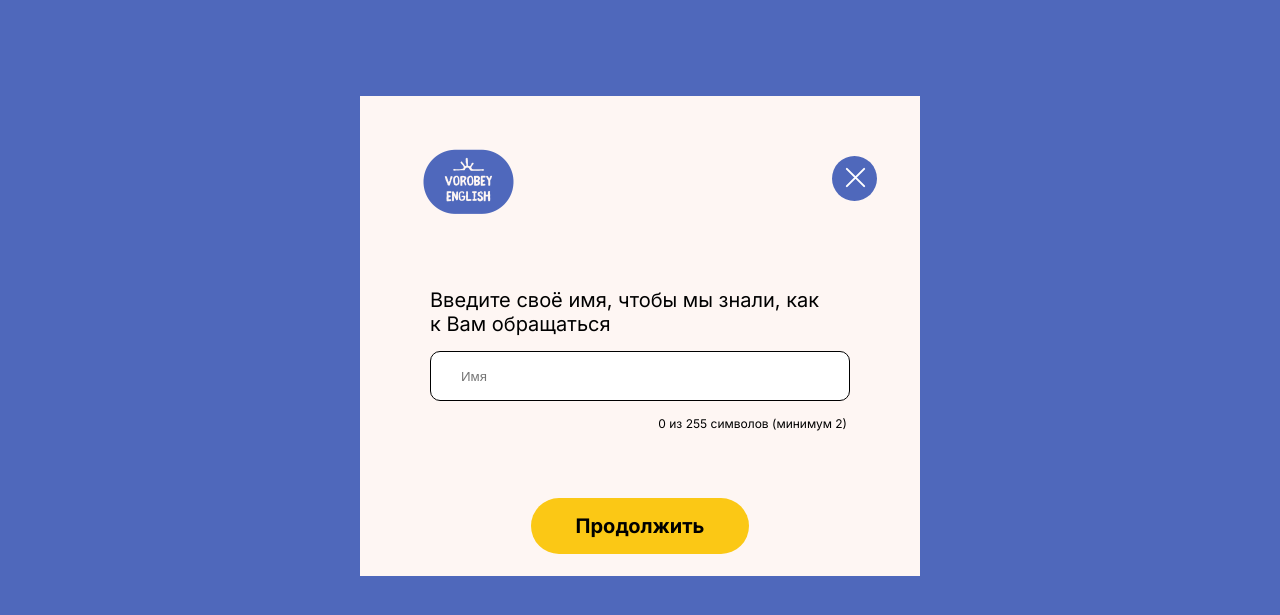
Repository: WladimirVA/PP-01-01_Dandelions
Page: name.html
The author's editor kept a copy of each file at every save. The page is drawn from the files as they stood at one save, then again after the next save.
The browser window is 1280 px wide. The pictures show the whole page.

Above is the page before, as saved 2023-03-02 19:40:35.

### name.html
<!DOCTYPE html>
<html lang="en">
<head>
    <meta charset="UTF-8">
    <meta http-equiv="X-UA-Compatible" content="IE=edge">
    <meta name="viewport" content="width=\, initial-scale=1.0">
    <link href="./static/css/name.css" rel="stylesheet" type="text/css">
    <link href="./static/css/fonts.css" rel="stylesheet" type="text/css">
    <link rel="icon" sizes="16x16" href="./static/img/Иконка _Лого_ (1_1).svg" type="image/x-icon">
    <style>
        @import url('https://fonts.googleapis.com/css2?family=Inter:wght@100;200;300;400;500;600;700;800;900&display=swap');
        @import url('https://fonts.googleapis.com/css2?family=Inter:wght@100;200;300;400;500;600;700;800;900&family=Work+Sans:ital,wght@0,100;0,200;0,300;0,400;0,500;0,600;0,700;0,800;0,900;1,100;1,200;1,300;1,400;1,500;1,600;1,700;1,800;1,900&display=swap');
    </style>
    <title>Dandelions</title>
</head>
<body>
    <form class="NAME_LOGO" action="./next_test.html" method="get">
        <div class="Name-logo">
            <a href="Index.html"><img src="./static/img/Иконка _Лого_ (1).svg"></a>
            <img class="Name-logo-img1" src="./static/img/Ellipse 6 (2).svg">
            <a href="./Index.html"><img class="Name-logo-img" src="./static/img/Vector (5).svg"></a>
        </div>
        <div class="name">
            <label class="label">Введите своё имя, чтобы мы знали, как <br>к Вам обращаться
            <input class="text-input" type="text" maxlength="255" minlength="2" placeholder="Имя" required></label>
            <p>0 из 255 символов (минимум 2)</p>
        </div>
        <div class="button">
                <button class="button submit_button">Продолжить</button>
        </div>
    </form>
    </div>
</body>
</html>

### static/css/name.css
body {
    align-items: center;
    width: 100%;
    max-width: 1366px;
    margin: auto;
    font-family: 'Inter', 'Work Sans', "NunitoSans-Light", Arial, Helvetica, sans-serif;
    background: #4F68BB;
}

* {
    margin: 0;
    padding: 0;
}

.NAME_LOGO {
    width: 560px;
    height: 480px;
    position: fixed; top: 50%; left: 50%;
    transform: translate(-50%, -55%);
    /* box-shadow: 0px 0px 25px; */
    background-color: #FEF6F3;
}

.NAME_LOGO_INFO {
    width: 780px;
    height: 688px;
    position: fixed; top: 50%; left: 50%;
    transform: translate(-50%, -55%);
    /* box-shadow: 0px 0px 25px; */
    background-color: #FEF6F3;

    position: absolute;
    top:  50%;
    left: 50%;
    transform: translate(-50%,-50%);
}

.Name-logo {
    display: flex;
}

.Name-logo a {
    margin: 30px 0 0 0px;
    padding-left: 25px;
}

.Name-logo-img1 {
    margin: 33px 0 0 280px;
}

.Name-logo-img1-info {
    margin: 17px 0 0 435px;
}

.Name-logo-img {
    margin: 41px 0 0 -57px;
}

.Name-logo-img-info {
    margin: 35px 0 0 -57px;
}

.name {
    margin: 60px 0 0 70px;
}

.name p {
    text-align: right;
    margin: 15px 73px 66px 0;
    font-family: 'Inter';
    font-style: normal;
    font-weight: 400;
    font-size: 12px;
    line-height: 16px;
}

.label {
    text-align: center;
    font-family: 'Inter';
    font-style: normal;
    font-weight: 400;
    font-size: 20px;
    line-height: 24px;
}

.text-input {
    margin: 15px 0 0 0;
    width: 388px;
    height: 48px;
    border: 1px solid #000000;
    border-radius: 10px;
    padding-left: 30px;
}

.text-input, .text-input::before, .text-input::after {
    box-size: border-box;
  }

.button {
    text-align: center;
}
.submit_button {
    background: #FBC815;
    border-radius: 50px;
    width: 218px;
    height: 56px;
    font-family: 'Inter';
    font-style: normal;
    font-weight: 700;
    font-size: 20px;
    line-height: 24px;
    border: 0;
    cursor: pointer;
}

.submit_button:hover {
    background-color: #BC9F3B;
}

.submit_button:active {
    background-color: #FDE07D;
}

.info p {
    text-align: center;
    font-family: 'Inter';
    font-style: normal;
    font-weight: 700;
    font-size: 32px;
    line-height: 40px;
    margin: 55px 0 35px 0;
}

.info-li {
    margin: 18px 0 18px 0;
}

.info ul {
    margin: 63px 0 65px 100px;
    width: 580px;
    height: 190px;
    font-family: 'Inter';
    font-style: normal;
    font-weight: 400;
    font-size: 24px;
    line-height: 32px;
}

### static/css/fonts.css
/* @import url('https://fonts.googleapis.com/css2?family=Work+Sans:ital,wght@0,600;0,800;1,800&display=swap'); */


/* @import url('https://fonts.googleapis.com/css2?family=Inter:wght@400;500;600;700;800&family=Work+Sans:ital,wght@0,600;0,800;1,800&display=swap'); */

/*
@import url('https://fonts.googleapis.com/css2?family=Inter:wght@100;200;300;400;500;600;700;800;900&display=swap');

@import url('https://fonts.googleapis.com/css2?family=Inter:wght@100;200;300;400;500;600;700;800;900&family=Work+Sans:ital,wght@0,100;0,200;0,300;0,400;0,500;0,600;0,700;0,800;0,900;1,100;1,200;1,300;1,400;1,500;1,600;1,700;1,800;1,900&display=swap'); */

After the next save:
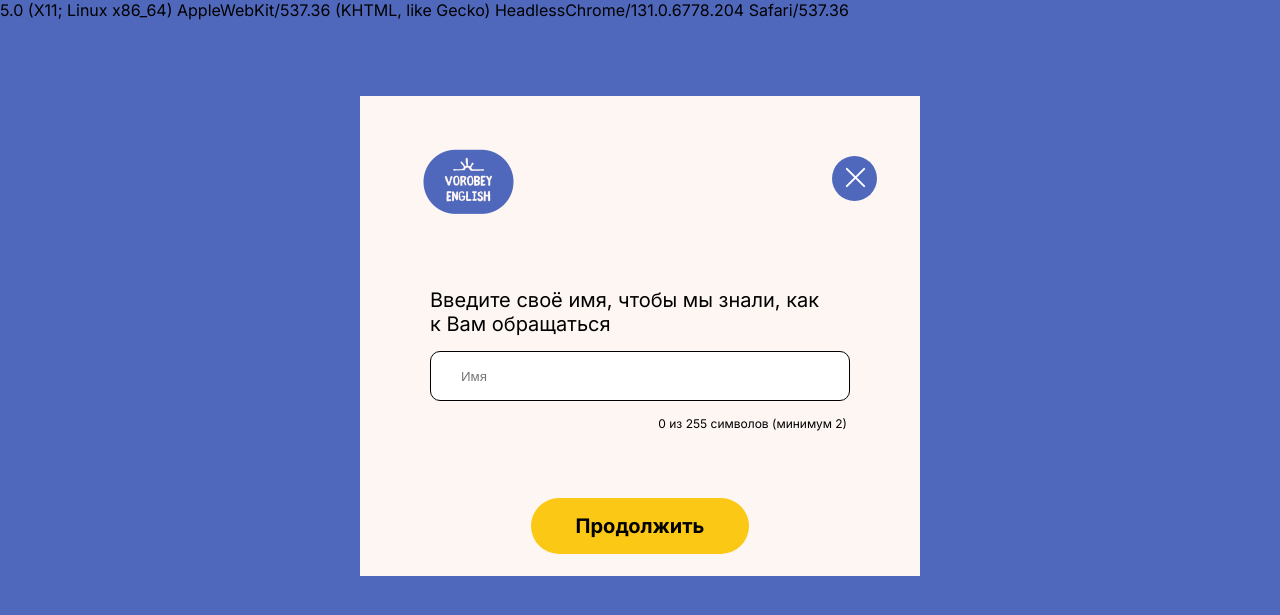
Saved 12 s later.
--- a/name.html
+++ b/name.html
@@ -30,5 +30,10 @@
         </div>
     </form>
     </div>
+    <p id="demo"></p>
 </body>
+
+<script>
+document.getElementById("demo").innerHTML = navigator.appVersion;
+</script>
 </html>

After the 3 saves that followed:
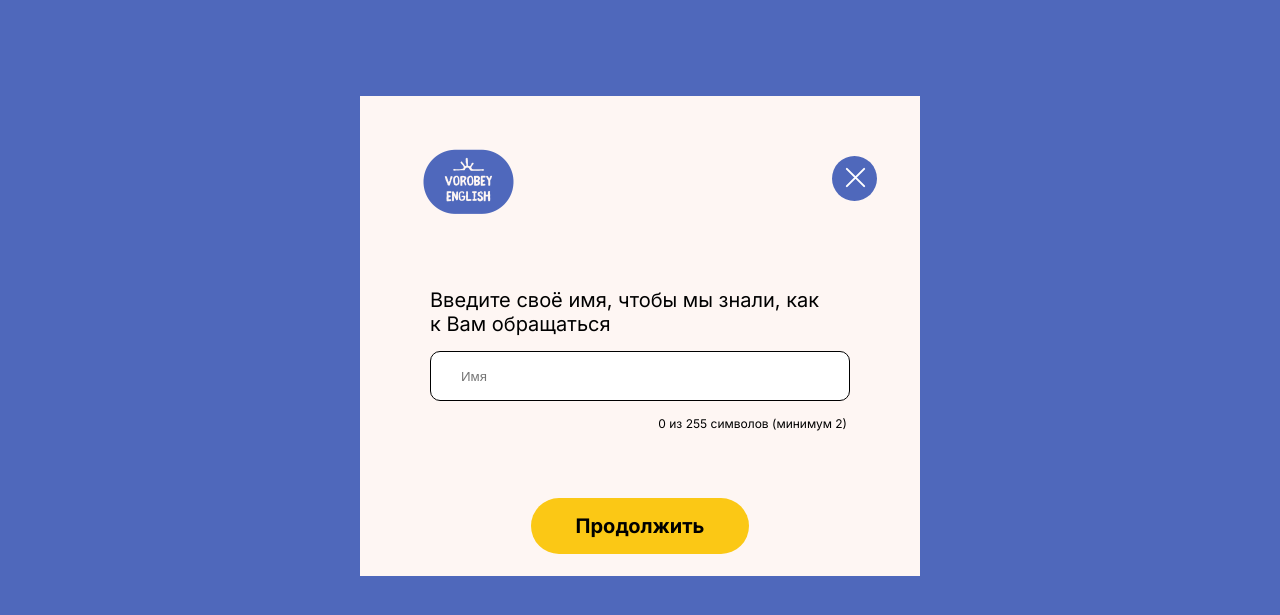
Console error: TypeError: Cannot set properties of null (setting 'innerHTML')
The 3 saves are shown as one change because 2 left the picture as it was.
The last was saved 117 s later.
--- a/name.html
+++ b/name.html
@@ -30,10 +30,9 @@
         </div>
     </form>
     </div>
-    <p id="demo"></p>
 </body>
-
 <script>
 document.getElementById("demo").innerHTML = navigator.appVersion;
+console.log ("demo");
 </script>
 </html>
